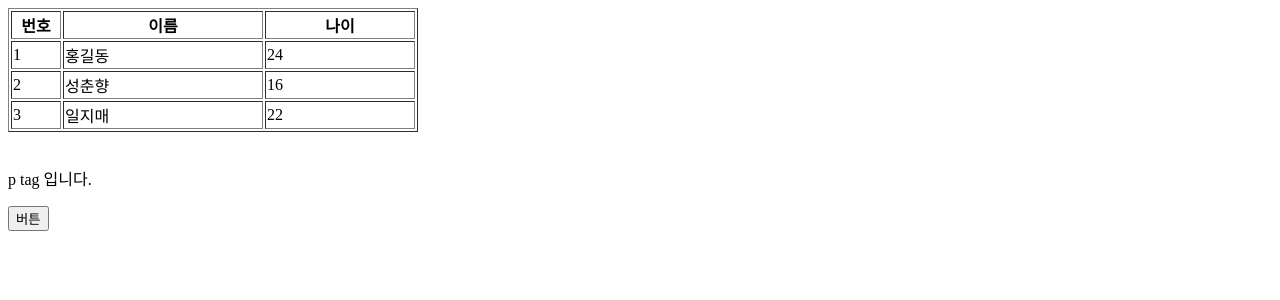
Repository: suhong99/JqueryLecture
Page: sample02/src/main/webapp/index1.html
An editor plug-in stored every save of this project. The page is shown before and after the next save, followed by the edit.
The browser window is 1280 px wide. The pictures show the whole page.
After loading, the first visible `button` was clicked once.

Above is the page before, as saved 2023-06-26 04:50:47.

### sample02/src/main/webapp/index1.html
<!DOCTYPE html>
<html>
<head>
<meta charset="UTF-8">
<title>Insert title here</title>
  <script src="https://code.jquery.com/jquery-3.6.4.min.js"></script>

</head>
<body>
<table border="1">
<col width="50"><col width="200"><col width="150">
<tr>
	<th>번호</th><th>이름</th><th>나이</th>
</tr>
<tr class="hover">
	<td>1</td><td>홍길동</td><td>24</td>
</tr>
<tr class="hover">
	<td>2</td><td>성춘향</td><td>16</td>
</tr>
<tr class="hover">
	<td>3</td><td>일지매</td><td>22</td>
</tr>
</table>
<br>

<p>p tag 입니다.</p>
<button type="button">버튼</button>

<script type="text/javascript">
$(document).ready(function(){
	$("tr.hover").mouseover(function(){
		$(this).css("background","#00ff00")

	});

	$("tr.hover").mouseout(function(){
		$(this).css("background","#ffffff")

		});

	$("td").click(function(){
		alert($(this).text());
	});
	$("button").click(function(){
		//jquery로 속성 추가
		$("p").attr("id","demo");
		$("p").attr("class","cls");
	});
})
</script>
</body>
</html>

After the next save:
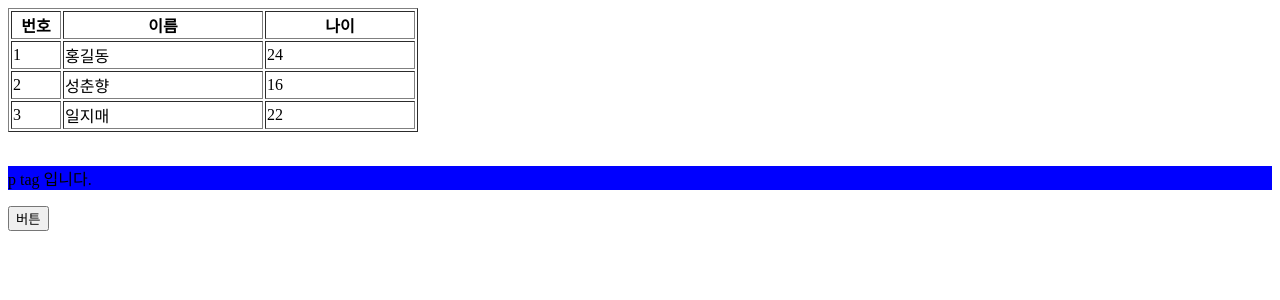
Saved 53 s later.
--- a/sample02/src/main/webapp/index1.html
+++ b/sample02/src/main/webapp/index1.html
@@ -46,6 +46,7 @@ $(document).ready(function(){
 		//jquery로 속성 추가
 		$("p").attr("id","demo");
 		$("p").attr("class","cls");
+		$("p").css("background","#0000ff");
 	});
 })
 </script>
